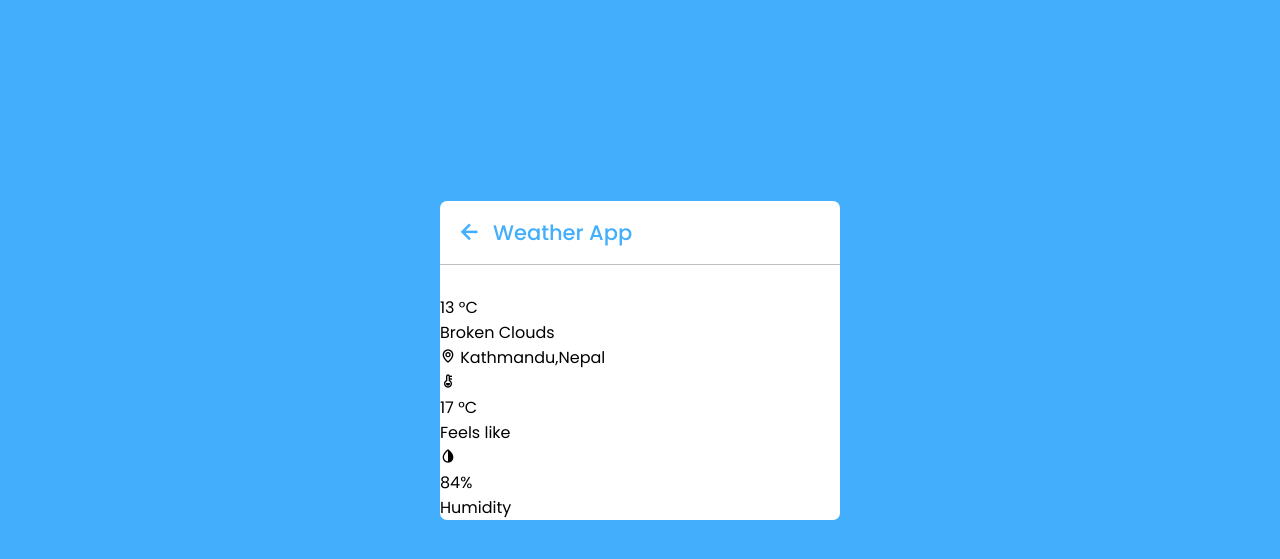
Repository: long13820/Weather-App-HTML-CSS-Javascript
Page: index.html
An editor plug-in stored every save of this project. The page is shown before and after the next save, followed by the edit.
The browser window is 1280 px wide. The pictures show the whole page.

Above is the page before, as saved 2021-09-02 10:48:27.

After the next save:
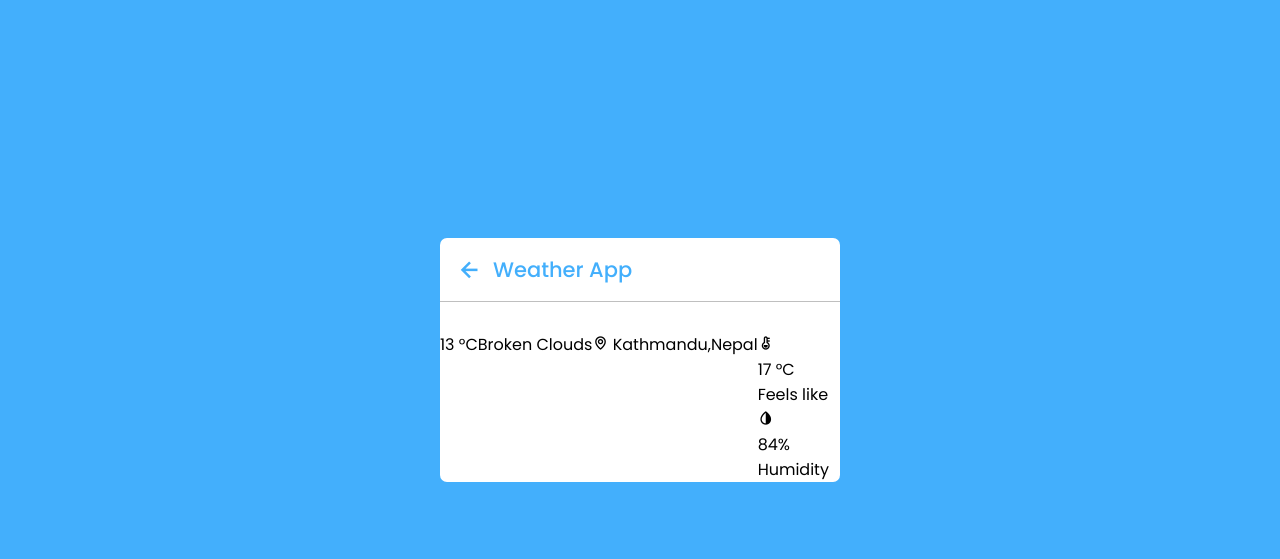
Saved 36 min 30 s later.
--- a/style.css
+++ b/style.css
@@ -96,4 +96,6 @@ header i{
 
 .wrapper .weather-part{
     margin: 30px 0 0;
+    display: flex;
+    al
 }
